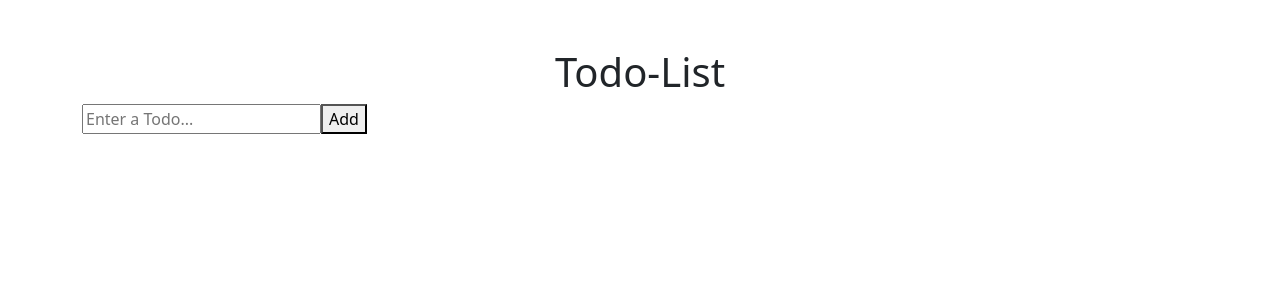
Repository: kieuduc123/Todo-List
Page: /
The author's editor kept a copy of each file at every save. The page is drawn from the files as they stood at one save, then again after the next save.
The browser window is 1280 px wide. The pictures show the whole page.
The project was rebuilt for these pictures with package versions that can differ from the ones it lists, and the page was loaded fresh each time.

Above is the page before, as saved 2024-02-14 19:53:54.

### public/index.html
<!DOCTYPE html>
<html lang="en">

<head>
  <meta charset="utf-8" />
  <link rel="icon" href="%PUBLIC_URL%/favicon.ico" />
  <meta name="viewport" content="width=device-width, initial-scale=1" />
  <meta name="theme-color" content="#000000" />
  <meta name="description" content="Web site created using create-react-app" />
  <link rel="apple-touch-icon" href="%PUBLIC_URL%/logo192.png" />
  <link href="https://cdn.jsdelivr.net/npm/bootstrap@5.3.2/dist/css/bootstrap.min.css" rel="stylesheet"
    integrity="sha384-T3c6CoIi6uLrA9TneNEoa7RxnatzjcDSCmG1MXxSR1GAsXEV/Dwwykc2MPK8M2HN" crossorigin="anonymous">
</head>
<link rel="stylesheet" href="https://cdnjs.cloudflare.com/ajax/libs/font-awesome/6.5.1/css/all.min.css"
  integrity="sha512-DTOQO9RWCH3ppGqcWaEA1BIZOC6xxalwEsw9c2QQeAIftl+Vegovlnee1c9QX4TctnWMn13TZye+giMm8e2LwA=="
  crossorigin="anonymous" referrerpolicy="no-referrer" />
<!--
      manifest.json provides metadata used when your web app is installed on a
      user's mobile device or desktop. See https://developers.google.com/web/fundamentals/web-app-manifest/
    -->
<link rel="manifest" href="%PUBLIC_URL%/manifest.json" />

<title>TODO-LIST</title>
</head>

<body>
  <noscript>You need to enable JavaScript to run this app.</noscript>
  <div id="root"></div>
  <!--
      This HTML file is a template.
      If you open it directly in the browser, you will see an empty page.

      You can add webfonts, meta tags, or analytics to this file.
      The build step will place the bundled scripts into the <body> tag.

      To begin the development, run `npm start` or `yarn start`.
      To create a production bundle, use `npm run build` or `yarn build`.
    -->
  <script src="https://cdn.jsdelivr.net/npm/bootstrap@5.3.2/dist/js/bootstrap.bundle.min.js"
    integrity="sha384-C6RzsynM9kWDrMNeT87bh95OGNyZPhcTNXj1NW7RuBCsyN/o0jlpcV8Qyq46cDfL"
    crossorigin="anonymous"></script>
</body>

</html>

### src/index.js
import React from "react";
import ReactDOM from "react-dom/client";

import App from "./App";

const root = ReactDOM.createRoot(document.getElementById("root"));
root.render(
    <React.StrictMode>
        <App />
    </React.StrictMode>
);

// If you want to start measuring performance in your app, pass a function
// to log results (for example: reportWebVitals(console.log))
// or send to an analytics endpoint. Learn more: https://bit.ly/CRA-vitals

### src/App.js
import React, { useEffect, useState } from "react";
import Header from "./components/Header";
import Form from "./components/Form";
import TodosList from "./components/TodosList";
const App = () => {
    const initialState = JSON.parse(localStorage.getItem("todo")) || [];
    const [input, setInput] = useState("");
    const [todos, setTodos] = useState(initialState);
    const [editTodo, setEditTodo] = useState(null);

    useEffect(() => {
        localStorage.setItem("todo", JSON.stringify(todos));
    }, [todos]);
    return (
        <div className="container ">
            <div className="app-wrapper">
                <div className="text-center mt-5">
                    <Header />
                </div>
                <div>
                    <Form
                        input={input}
                        setInput={setInput}
                        todos={todos}
                        setTodos={setTodos}
                        editTodo={editTodo}
                        setEditTodo={setEditTodo}
                    />
                </div>
                <div>
                    <TodosList
                        todos={todos}
                        setTodos={setTodos}
                        setEditTodo={setEditTodo}
                    />
                </div>
            </div>
        </div>
    );
};

export default App;

### src/components/Header.js
import React from "react";

const Header = () => {
    return (
        <div className="header">
            <h1>Todo-List </h1>
        </div>
    );
};

export default Header;

### src/components/Form.js
import React, { useEffect } from "react";
import { v4 as uuidv4 } from "uuid";
const Form = ({ input, setInput, todos, setTodos, editTodo, setEditTodo }) => {
    const updateTodo = (title, id, completed) => {
        const newTodo = todos.map((todo) =>
            todo.id === id ? { title, id, completed } : todo
        );

        setTodos(newTodo);
        setEditTodo("");
    };
    useEffect(() => {
        if (editTodo) {
            setInput(editTodo.title);
        } else {
            setInput("");
        }
    }, [setInput, editTodo]);
    const onInputChang = (e) => {
        setInput(e.target.value);
    };
    const onFormSubmit = (e) => {
        e.preventDefault();
        if (!editTodo) {
            setTodos([
                ...todos,
                { id: uuidv4(), title: input, completed: false },
            ]);
            setInput("");
        } else {
            updateTodo(input, editTodo.id, editTodo.completed);
        }
    };
    return (
        <form onSubmit={onFormSubmit}>
            <input
                placeholder="Enter a Todo..."
                className="task-input"
                type="text"
                value={input}
                required
                onChange={onInputChang}
            />
            <button type="submit" className="button-add">
                {editTodo ? "OK" : " Add"}
            </button>
        </form>
    );
};

export default Form;

### src/components/TodosList.js
import React from "react";

const TodosList = ({ todos, setTodos, setEditTodo }) => {
    const handleDelete = ({ id }) => {
        setTodos(todos.filter((todo) => todo.id !== id));
    };
    const handleComplete = (todo) => {
        setTodos(
            todo.map((item) => {
                if (item.id === todo.id) {
                    return { ...item, completed: !item.completed };
                }
                return item;
            })
        );
    };
    const handleEdit = ({ id }) => {
        const findTodo = todos.find((todo) => todo.id === id);
        setEditTodo(findTodo);
    };
    return (
        <div>
            {todos.map((todo) => (
                <li className="todo-list " key={todo.id}>
                    <input
                        type="text"
                        value={todo.title}
                        onChange={(e) => e.preventDefault()}
                    />
                    <div>
                        <button
                            className="button-complete"
                            onClick={() => handleComplete(todo)}
                        >
                            <i className="fa fa-check-circle"></i>
                        </button>
                        <button
                            className="button-edit"
                            onClick={() => handleEdit(todo)}
                        >
                            <i className="fa fa-edit"></i>
                        </button>
                        <button
                            className="button-delete"
                            onClick={() => handleDelete(todo)}
                        >
                            <i className="fa fa-trash"></i>
                        </button>
                    </div>
                </li>
            ))}
        </div>
    );
};
export default TodosList;

After the next save:
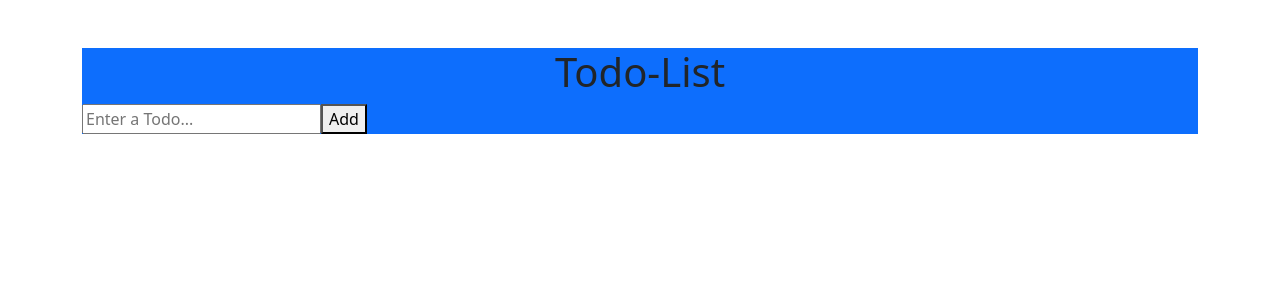
Saved 73 s later.
--- a/src/App.js
+++ b/src/App.js
@@ -13,7 +13,7 @@ const App = () => {
     }, [todos]);
     return (
         <div className="container ">
-            <div className="app-wrapper">
+            <div className="app-wrapper bg-primary">
                 <div className="text-center mt-5">
                     <Header />
                 </div>
